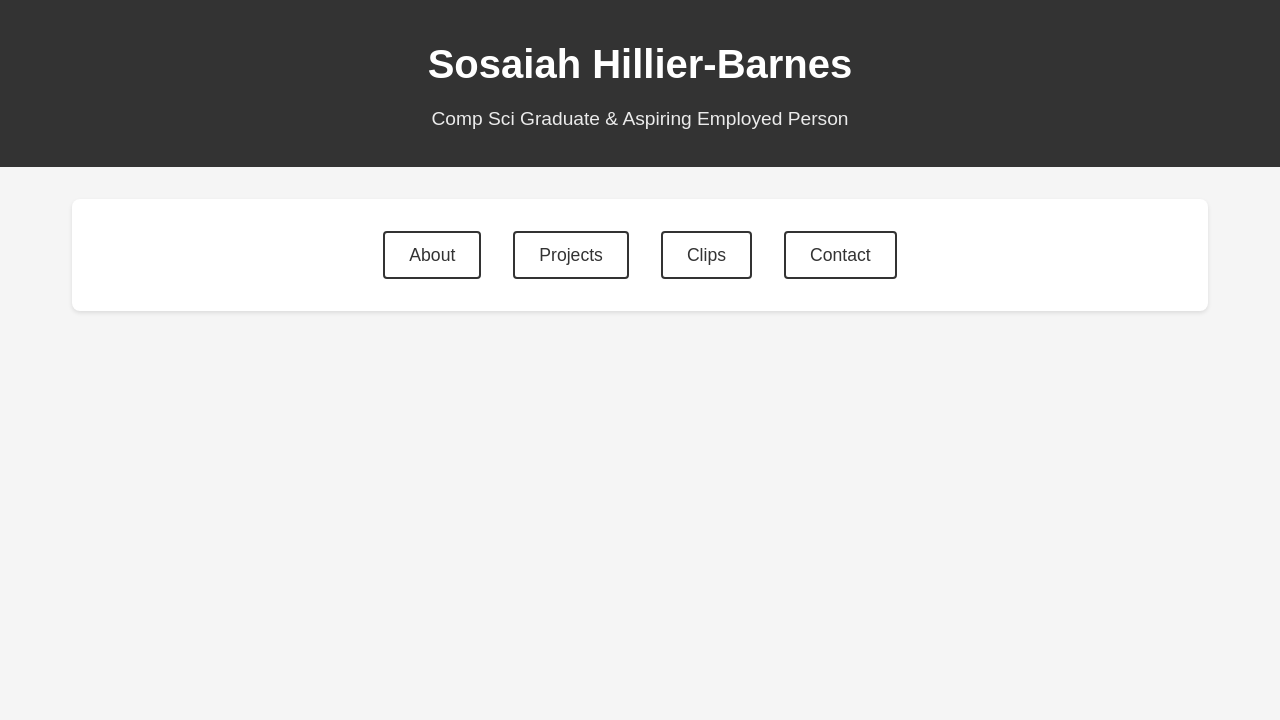
Repository: Hillier-Barnes/PortfolioWebsiteNew
Page: /
The author's editor kept a copy of each file at every save. The page is drawn from the files as they stood at one save, then again after the next save.
The browser window is 1280 px wide. The pictures show the whole page.
The project was rebuilt for these pictures with package versions that can differ from the ones it lists, and the page was loaded fresh each time. Also part of the build but not shown: vite.config.js.

Above is the page before, as saved 2025-11-12 14:32:40.

### index.html
<!DOCTYPE html>
<html lang="en">
<head>
  <meta charset="UTF-8">
  <meta name="viewport" content="width=device-width, initial-scale=1">
  <title>My Portfolio</title>
  <link rel="stylesheet" href="styles.css">
</head>

<body>
  <header>
    <h1>Sosaiah Hillier-Barnes</h1>
    <p>Comp Sci Graduate &amp; Aspiring Employed Person</p>
  </header>

  <main class="container">
    <section class="projects" id="projects">
        <nav>
            <a href="#about">About</a>
            <a href="#projects">Projects</a>
            <a href="#clips">Clips</a>
            <a href="#contact">Contact</a>
          </nav>
    </section>
  </main>
</body>
</html>

### styles.css
/* Simple Reset */
* {
  margin: 0;
  padding: 0;
  box-sizing: border-box;
}

body {
  font-family: Arial, sans-serif;
  line-height: 1.6;
  color: #333;
  background-color: #f5f5f5;
}

/* Header */
header {
  background-color: #333;
  color: white;
  padding: 2rem;
  text-align: center;
}

header h1 {
  font-size: 2.5rem;
  margin-bottom: 0.5rem;
}

header p {
  font-size: 1.2rem;
  opacity: 0.9;
}

/* Container */
.container {
  max-width: 1200px;
  margin: 0 auto;
  padding: 2rem;
}

/* Navigation */
nav {
  display: flex;
  justify-content: center;
  gap: 2rem;
  flex-wrap: wrap;
  padding: 2rem;
  background-color: white;
  border-radius: 8px;
  box-shadow: 0 2px 4px rgba(0,0,0,0.1);
}

nav a {
  color: #333;
  text-decoration: none;
  font-size: 1.1rem;
  padding: 0.5rem 1.5rem;
  border: 2px solid #333;
  border-radius: 4px;
  transition: all 0.3s ease;
}

nav a:hover {
  background-color: #333;
  color: white;
}

/* Responsive */
@media (max-width: 768px) {
  header h1 {
    font-size: 2rem;
  }

  nav {
    flex-direction: column;
    gap: 1rem;
  }

  nav a {
    text-align: center;
  }
}

After the next save:
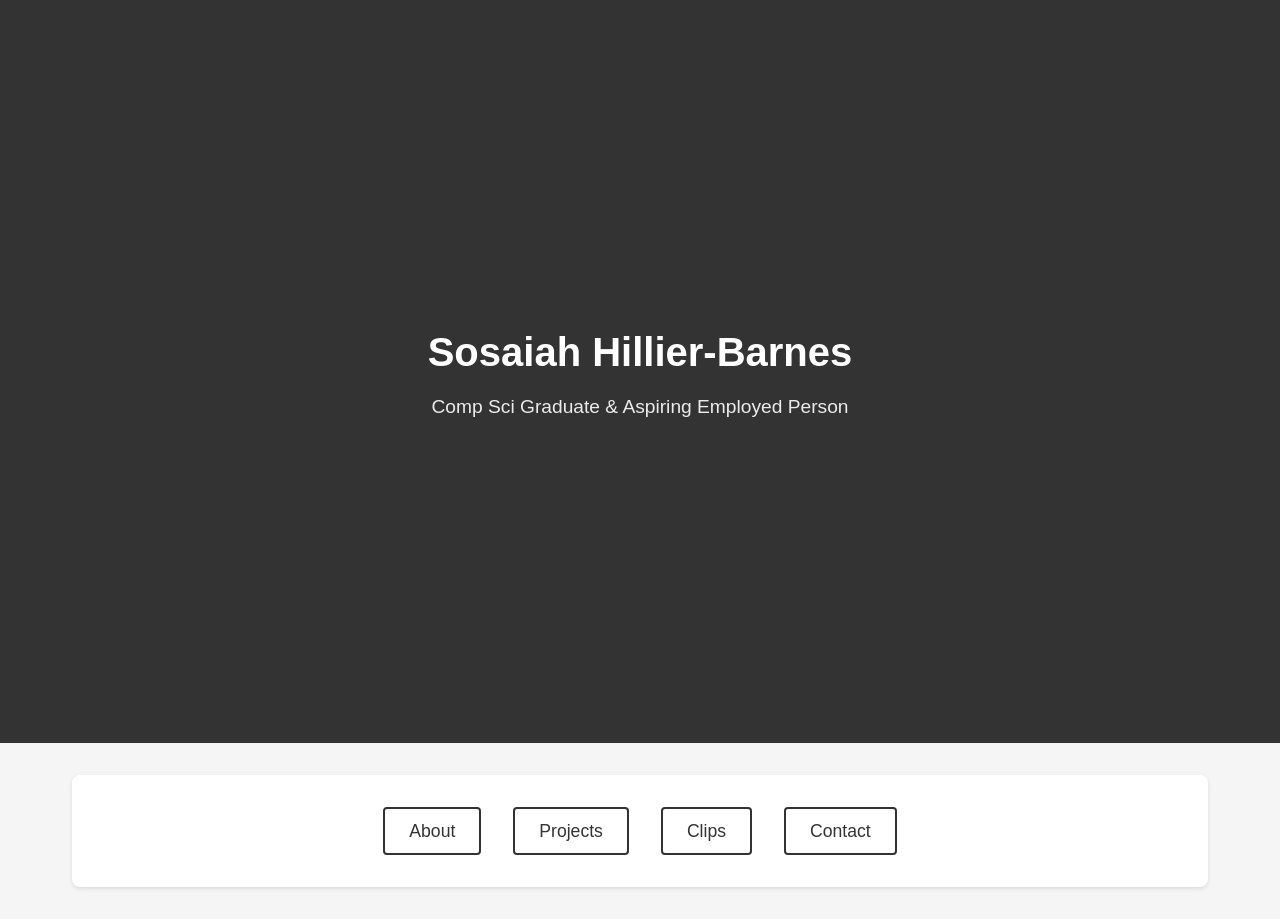
Saved 16 s later.
--- a/styles.css
+++ b/styles.css
@@ -16,7 +16,7 @@ body {
 header {
   background-color: #333;
   color: white;
-  padding: 2rem;
+  padding: 20rem;
   text-align: center;
 }
 
